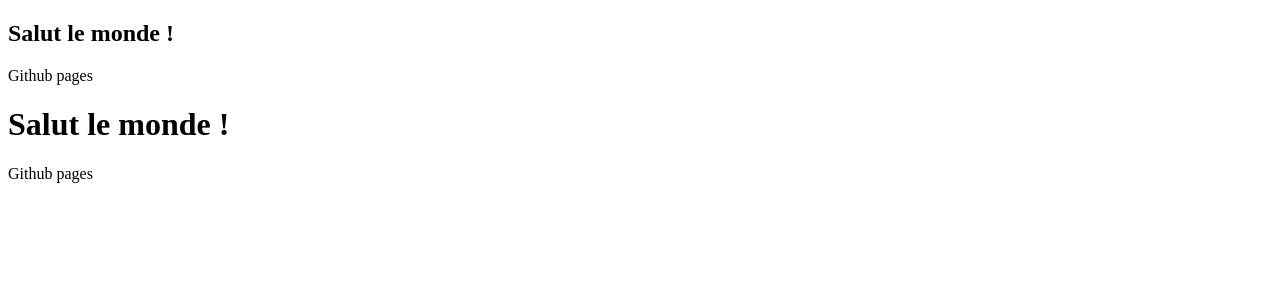
Repository: CarmenFerlatte/demoGithubPages
Page: index.html
The author's editor kept a copy of each file at every save. The page is drawn from the files as they stood at one save, then again after the next save.
The browser window is 1280 px wide. The pictures show the whole page.

Above is the page before, as saved 2024-08-08 22:40:16.

### index.html
<!DOCTYPE html>
<html lang="fr-ca">
<head>
    <meta charset="UTF-8">
    <meta name="viewport" content="width=device-width, initial-scale=1.0">
    <title>Hello World !</title>
</head>
<body>
    <main>
        <section class="container">
            <h1>Salut le monde !</h1>
            <p>Github pages</p>
        </section>
    <h1>Salut le monde !</h1>
    <p>Github pages</p>
    </main>
</body>
</html>

After the next save:
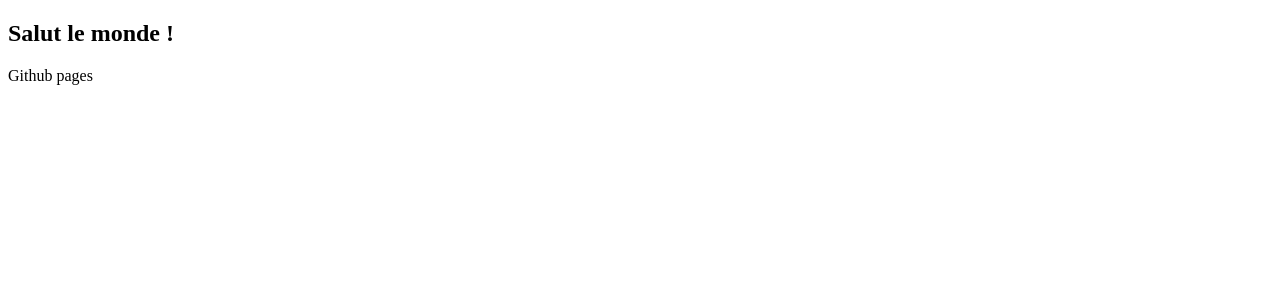
Saved 5 s later.
--- a/index.html
+++ b/index.html
@@ -11,8 +11,7 @@
             <h1>Salut le monde !</h1>
             <p>Github pages</p>
         </section>
-    <h1>Salut le monde !</h1>
-    <p>Github pages</p>
+
     </main>
 </body>
 </html>
